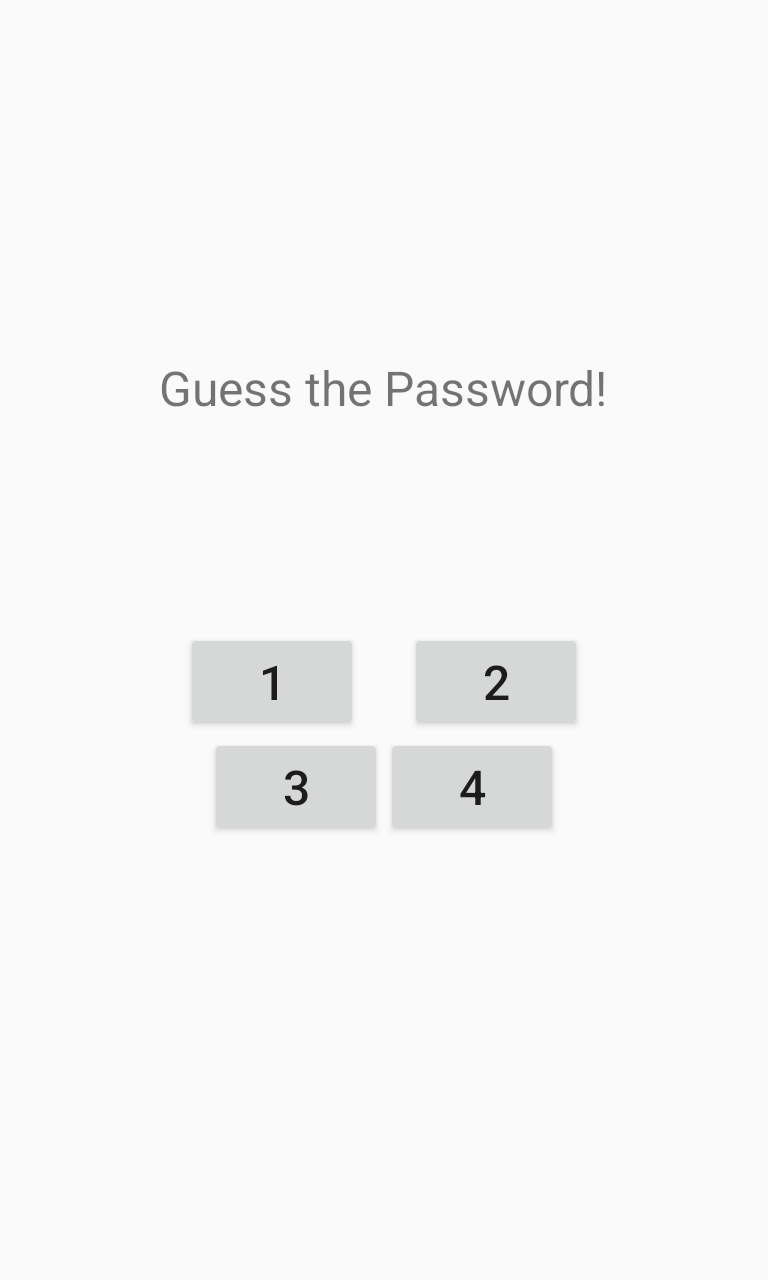
Repository: cryder3/csc303
Layout: Challenge1/res/layout/activity_topsecret.xml
An editor plug-in stored every save of this project. The layout is shown before and after the next save, followed by the edit.
It is drawn on a 768 x 1280 px phone screen (xhdpi) without system bars, with theme AppTheme; the app's code is not run.

Above is the layout before, as saved 2014-09-10 15:56:07.

### Challenge1/res/layout/activity_topsecret.xml
<LinearLayout xmlns:android="http://schemas.android.com/apk/res/android"
    xmlns:tools="http://schemas.android.com/tools"
    android:id="@+id/LinearLayout1"
    android:layout_width="match_parent"
    android:layout_height="match_parent"
    android:orientation="vertical"
    android:gravity= "center"
    tools:context="${relativePackage}.${activityClass}" >

    <TextView
        android:layout_width="wrap_content"
        android:layout_height="wrap_content"
        android:padding="24dp"
        android:textSize="24dp"
        android:text="@string/title"
        />

    <TextView
        android:id="@+id/entered_text"
        android:layout_width="wrap_content"
        android:layout_height="wrap_content"
        android:textSize="24dp"
        android:padding="24dp"
        />

    <LinearLayout
        android:layout_width="match_parent"
        android:layout_height="wrap_content"
        android:gravity="center"
        >

        <Button
            android:id="@+id/button1"
            android:layout_width="wrap_content"
            android:layout_height="wrap_content"
            android:textSize="24dp"
            android:layout_marginRight="24dp"
            android:text="@string/one" />

        <Button
            android:id="@+id/button2"
            android:layout_width="wrap_content"
            android:layout_height="wrap_content"
            android:textSize="24dp"
            android:text="@string/two" />

    </LinearLayout>
    <LinearLayout
        android:layout_width="match_parent"
        android:layout_height="wrap_content"
        android:gravity="center"
        >

        <Button
            android:id="@+id/button3"
            android:layout_width="wrap_content"
            android:layout_height="wrap_content"
            android:textSize="24dp"
            android:marginRight="50dp"
            android:text="@string/three" />

        <Button
            android:id="@+id/button4"
            android:layout_width="wrap_content"
            android:layout_height="wrap_content"
            android:textSize="24dp"
            android:text="@string/four" />

    </LinearLayout>

    <TextView
        android:id="@+id/answer"
        android:layout_width="wrap_content"
        android:layout_height="wrap_content"
        android:padding="24dp"
        />


</LinearLayout>

### Challenge1/res/values/strings.xml
<?xml version="1.0" encoding="utf-8"?>
<resources>

    <string name="app_name">Challenge1</string>
    <string name="hello_world">Hello world!</string>
    <string name="incorrect_toast">Nope!</string>
    <string name="one">1</string>
    <string name="two">2</string>
    <string name="three">3</string>
    <string name="four">4</string>
    <string name="title">Guess the Password!</string>

</resources>

Loaded but not shown: Challenge1/res/values/styles.xml (common file); Challenge1/res/values-v11/styles.xml (common file); Challenge1/res/values-v14/styles.xml (common file)

After the next save:
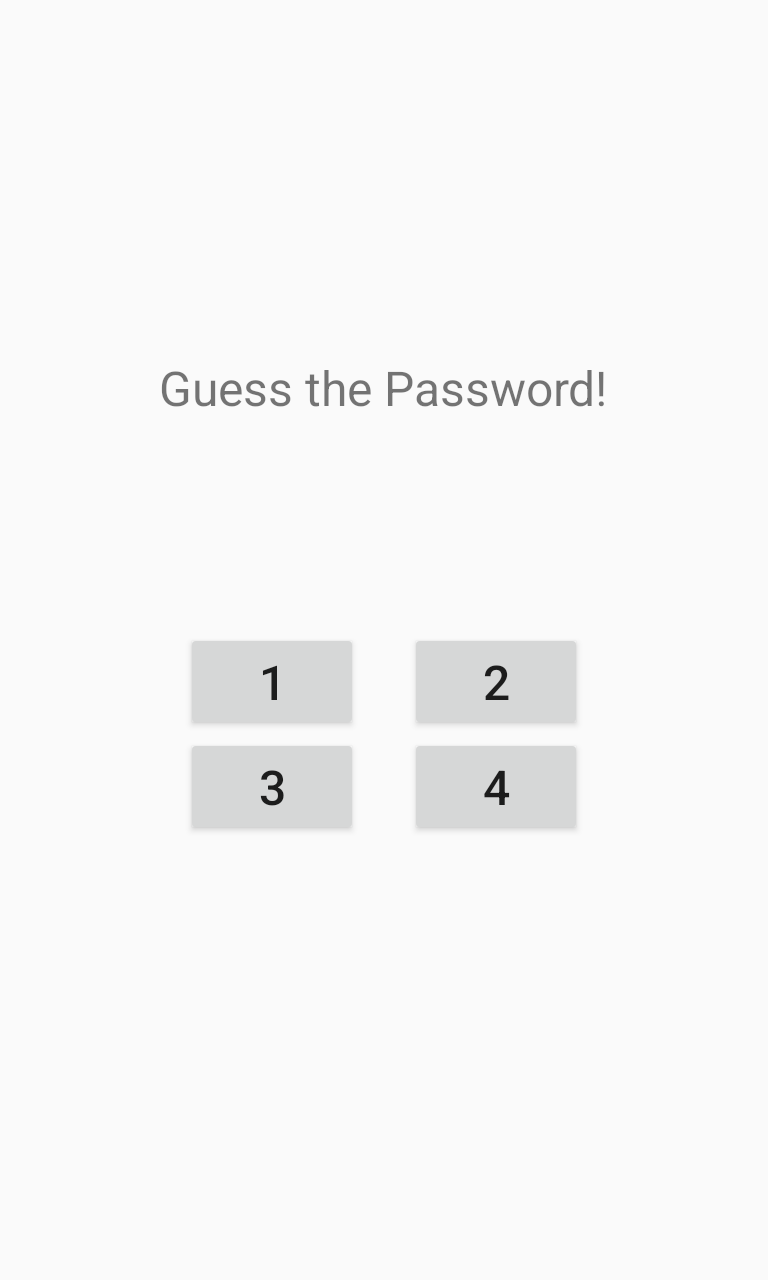
Saved 60 s later.
--- a/Challenge1/res/layout/activity_topsecret.xml
+++ b/Challenge1/res/layout/activity_topsecret.xml
@@ -56,7 +56,7 @@
             android:layout_width="wrap_content"
             android:layout_height="wrap_content"
             android:textSize="24dp"
-            android:marginRight="50dp"
+            android:layout_marginRight="24dp"
             android:text="@string/three" />
 
         <Button
